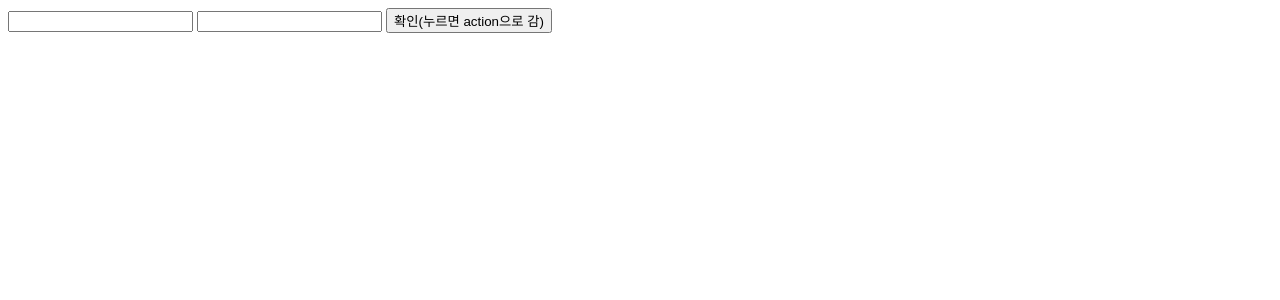
Repository: 9re9ori0426/Bootcamp
Page: webws/02_Servlet/src/main/webapp/Input.html
An editor plug-in stored every save of this project. The page is shown before and after the next save, followed by the edit.
The browser window is 1280 px wide. The pictures show the whole page.

Above is the page before, as saved 2026-10-20 02:11:27.

After the next save:
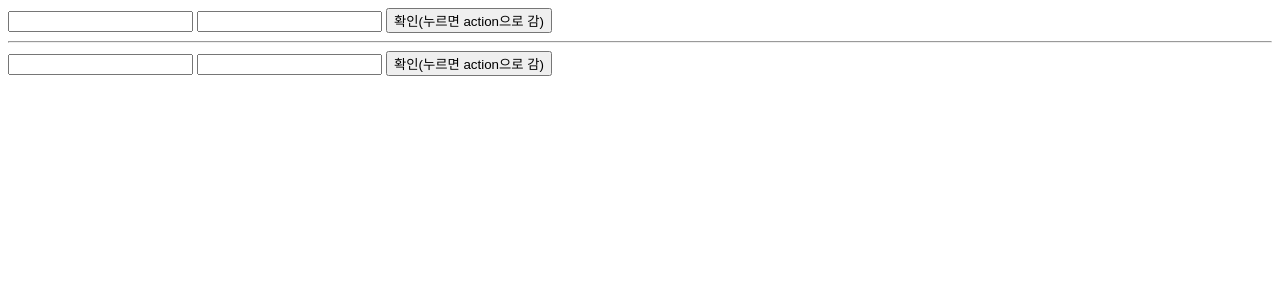
Saved 73 s later.
--- a/webws/02_Servlet/src/main/webapp/Input.html
+++ b/webws/02_Servlet/src/main/webapp/Input.html
@@ -10,5 +10,11 @@
 		<input name="cc">
 		<button>확인(누르면 action으로 감)</button>
 	</form>
+	<hr>
+	<form action="AAA">
+		<input name="bb">
+		<input name="cc">
+		<button>확인(누르면 action으로 감)</button>
+	</form>
 </body>
 </html>
